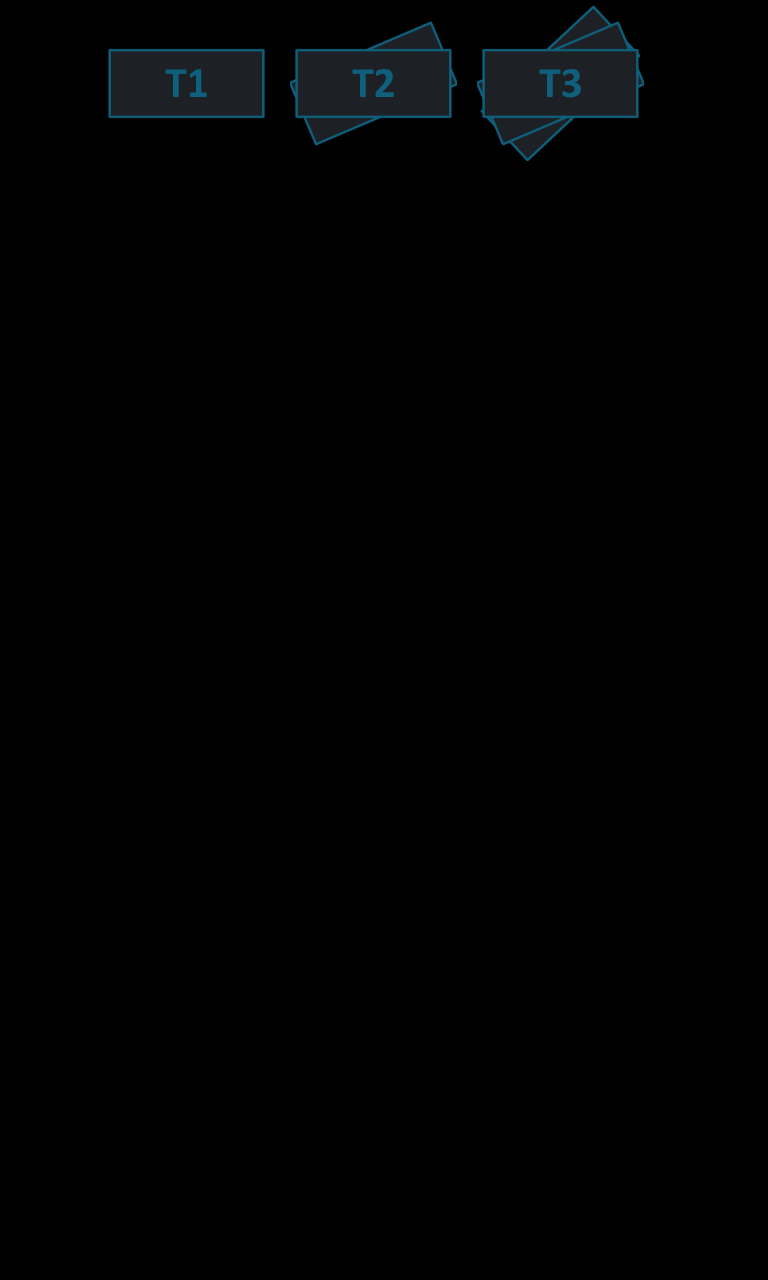
Repository: Nelspike/BusTicketer
Layout: PassengerMode/res/layout/fragment_show_tickets.xml
An editor plug-in stored every save of this project. The layout is shown before and after the next save, followed by the edit.
It is drawn on a 768 x 1280 px phone screen (xhdpi) without system bars, with theme AppTheme; the app's code is not run.

Above is the layout before, as saved 2013-10-19 19:59:04.

### PassengerMode/res/layout/fragment_show_tickets.xml
<FrameLayout xmlns:android="http://schemas.android.com/apk/res/android"
    xmlns:tools="http://schemas.android.com/tools"
    android:layout_width="match_parent"
    android:layout_height="match_parent"
    tools:context=".ShowTicketsFragment" >

	<RadioGroup
	    android:layout_width="match_parent"
	    android:layout_height="wrap_content"
	    android:orientation="horizontal"
	    android:gravity="center">

	    <RadioButton
	        android:button="@drawable/t1"
	        android:paddingRight="10dp"/>

	    <RadioButton
	        android:button="@drawable/t2"
	        android:paddingRight="10dp"/>

	    <RadioButton
	        android:button="@drawable/t3"
	        android:paddingRight="10dp"/>

	</RadioGroup>


</FrameLayout>

### PassengerMode/res/values/styles.xml
<resources>

    <!--
        Base application theme, dependent on API level. This theme is replaced
        by AppBaseTheme from res/values-vXX/styles.xml on newer devices.
    -->
    <style name="AppBaseTheme" parent="android:Theme.Holo">
        <!--
            Theme customizations available in newer API levels can go in
            res/values-vXX/styles.xml, while customizations related to
            backward-compatibility can go here.
        -->
    </style>

    <!-- Application theme. -->
    <style name="AppTheme" parent="android:Theme.Holo">
        <!-- All customizations that are NOT specific to a particular API-level can go here. -->
    </style>

</resources>

After the next save:
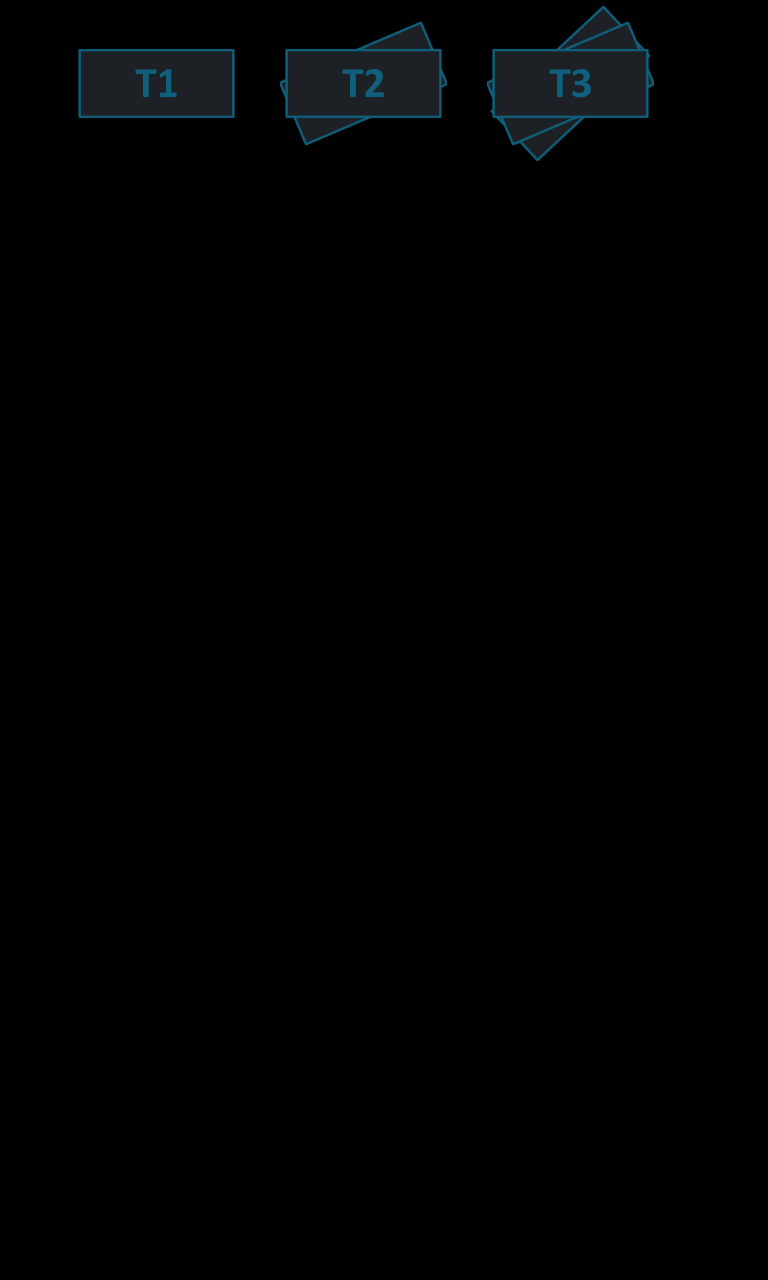
Saved 13 s later.
--- a/PassengerMode/res/layout/fragment_show_tickets.xml
+++ b/PassengerMode/res/layout/fragment_show_tickets.xml
@@ -12,15 +12,15 @@
 
 	    <RadioButton
 	        android:button="@drawable/t1"
-	        android:paddingRight="10dp"/>
+	        android:padding="10dp"/>
 
 	    <RadioButton
 	        android:button="@drawable/t2"
-	        android:paddingRight="10dp"/>
+	        android:padding="10dp"/>
 
 	    <RadioButton
 	        android:button="@drawable/t3"
-	        android:paddingRight="10dp"/>
+	        android:padding="10dp"/>
 
 	</RadioGroup>
 
